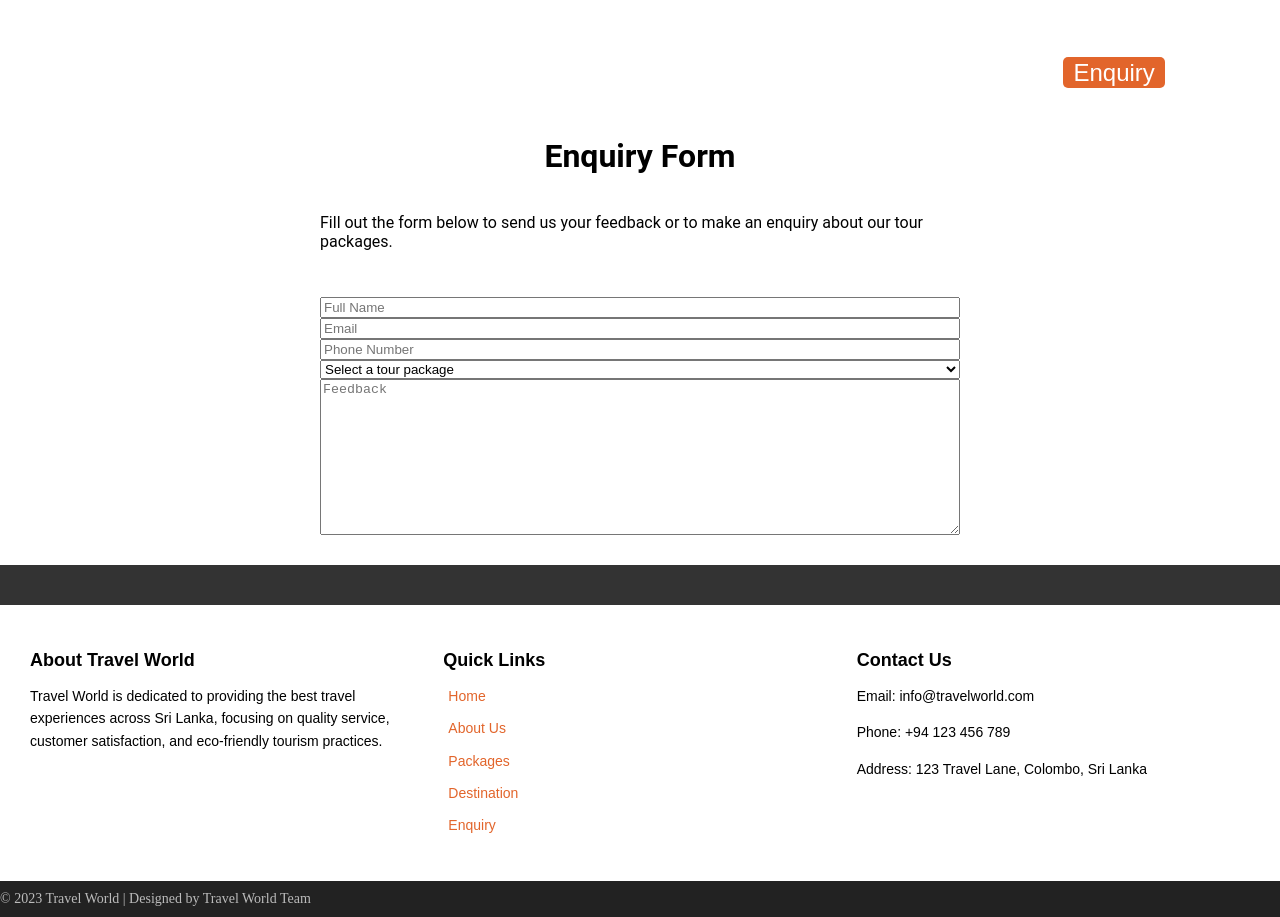
Repository: Haakim19/TavelWorld
Page: HTML/Enquiry.html
These files come from the project's save history. The page is drawn as it stood at one moment and after the next save; the edit follows.
The browser window is 1280 px wide. The pictures show the whole page.
Some web fonts or font styles are not loaded; a fallback is used.

Above is the page before, as saved 2024-11-03 18:15:16.

### HTML/Enquiry.html
<!DOCTYPE html>
<html lang="en">
    <head>
        <meta charset="UTF-8" />
		<meta name="viewport" content="width=device-width, initial-scale=1.0" />
		<title>Travel World</title>
        <link rel="icon" href="../Assets/icon/location.png" type="image/png">
        <link rel="stylesheet" href="../CSS/Navbar.CSS">
        <link rel="stylesheet" href="../CSS/Footer.css">
        <link rel="stylesheet" href="../CSS/enquiry.css">
        <link rel="preconnect" href="https://fonts.googleapis.com">
        <link rel="preconnect" href="https://fonts.gstatic.com" crossorigin>
        <link href="https://fonts.googleapis.com/css2?family=Irish+Grover&family=Jaldi:wght@400;700&family=Playwrite+GB+S:ital,wght@0,100..400;1,100..400&display=swap" rel="stylesheet">
</head>
<body>
        <div class="bg-img">
            <!-- Navigation Bar -->
            <nav class="navbar">
                <div class="logo">
                    <img src="../Assets/icon/location.png" alt="" />
                    Travel <span>World</span>
                </div>
                <div class="page">
                    <a href="Home.html">Home</a>
                    <a href="Aboutus.html">About us</a>
                    <a href="Packages.html">Packages</a>
                    <a href="Destination.html">Destination</a>
                    <a href="Enquiry.html" class="enquiry-btn">Enquiry</a>
                </div>
            </nav>
            <div class="enquiry">
                <h1>Enquiry Form</h1>
                <p>Fill out the form below to send us your feedback or to make an enquiry about our tour packages.</p>
            </div>
                <form action="">
                <input type="text" placeholder="Full Name" >
                <input type="email" placeholder="Email">
                <input type="tel" placeholder="Phone Number">

                    <select id="tour-packages">
                        <option value="" disabled selected id="placeholder">Select a tour package</option>
                        <option value="cultural_heritage">Cultural Heritage Tours - $550</option>
                        <option value="beach_escapes">Beach Escapes - $700</option>
                        <option value="wildlife_safari">Wildlife and Safari Adventures - $600</option>
                        <option value="hill_country">Hill Country Retreats - $400</option>
                        <option value="adventure">Adventure and Outdoor Activities - $350</option>
                        <option value="wellness">Wellness and Ayurveda Retreats - $800</option>
                        <option value="food_culinary">Food and Culinary Tours - $450</option>
                        <option value="luxury">Luxury Escapes - $1,200</option>
                    </select>
                <textarea name="msg" id="msg" cols="30" rows="10" placeholder="Feedback"></textarea>
            </form>


            <footer class="footer"></footer>
            <div class="footer-content">
                <div class="footer-section about">
                    <h2>About Travel World</h2>
                    <p>Travel World is dedicated to providing the best travel experiences across Sri Lanka, focusing on quality service, customer satisfaction, and eco-friendly tourism practices.</p>
                </div>
                <div class="footer-section links">
                    <h2>Quick Links</h2>
                    <ul>
                        <li><a href="Home.html">Home</a></li>
                        <li><a href="Aboutus.html">About Us</a></li>
                        <li><a href="Packages.html">Packages</a></li>
                        <li><a href="Destination.html">Destination</a></li>
                        <li><a href="Enquiry.html">Enquiry</a></li>
                    </ul>
                </div>
                <div class="footer-section contact">
                    <h2>Contact Us</h2>
                    <p>Email: info@travelworld.com</p>
                    <p>Phone: +94 123 456 789</p>
                    <p>Address: 123 Travel Lane, Colombo, Sri Lanka</p>
                </div>
            </div>
            <div class="footer-bottom">
                &copy; 2023 Travel World | Designed by Travel World Team
            </div>
        </footer>
</body>
</html>

### CSS/Navbar.CSS
body{
    margin: 0;
    padding: 0;
    /* background-color: #ffffff; */
}
/* Background image */
.bg-img img{
    width: 100%;
    height: 95vh;
    object-fit: cover;
    object-position: top;
    background-attachment: scroll;
}

.hero-img {
    /* filter: blur(2px); */
    position:absolute;
    top: 0;
    z-index: 1;
    background-color:black;;
}
/* Navigation bar */
nav{
    position: relative;
    display: flex;
    align-items: center;
    justify-content: space-between;
    z-index: 1000;
    padding-top: 30px;
}
.logo{
    margin-left: 5vh;
    font-family: "Irish Grover", system-ui;
    color: #ffffff;
    font-size: 3.5rem;
    display: flex;
    justify-content:center;
    align-items: center;
    padding: 5px 10px 5px 10px;
}
.logo img{
    width: 50px;
    height: 50px;
    color: #ffffff;
}

.page {
    margin-right : 16vh;

}

.page a{
    /* display: flex; */
    font-size: 1.5rem;
    color: #ffffff;
    font-family:"Jaldi", sans-serif;
    justify-content: space-evenly;
    align-items: center;
    padding: 2px 10px 2px 10px;
    text-decoration: none;
    transition: all 0.5s ease;
}
.page a:hover{
    color: #E2652B;
}
.page .enquiry-btn{
    background-color:#E2652B;
    color: white;
    border-radius: 5px;
    transition: all 0.5s ease;
}
.page .enquiry-btn:hover{
    color:#E2652B;
    background-color: rgb(255, 255, 255);
    border-radius: 5px;
}
section {
    position: relative;
    z-index: 1000;
    color: #ffffff;
    display: flex;
    flex-direction: column;
    justify-content: center;
    align-items: center;
    margin-top: 1vh;

}

.hero .hero-overlay h1 {
    /* margin-right: 10vh; */
    font-family: "Playwrite GB S", serif;
    font-weight: 700;
    font-style:oblique;
    font-size: 10rem;
    margin-bottom: -10px;
}

.hero .hero-overlay p {
    margin-left: 15vh;
    margin-top: auto;
    font-family: "Bebas Neue", sans-serif;
    font-weight: 500;
    font-style:normal;
    font-size: 3rem;
    margin-right: 10vh;
}

### CSS/Footer.css
.footer {
    background-color: #333;
    color: #fff;
    padding: 20px 0;
    text-align: center;
}

.footer-content {
    display: flex;
    justify-content: space-around;
    flex-wrap: wrap;
    padding: 20px;
}

.footer-section {
    flex: 1;
    margin: 10px;
    min-width: 200px;
}

.footer-section h2 {
    font-family: "Jaldi", sans-serif;
    font-size: 18px;
    margin-bottom: 10px;
}

.footer-section p, .footer-section ul, .footer-section li {
    font-family: "Jaldi", sans-serif;
    font-size: 14px;
    line-height: 1.6;
}

.footer-section ul {
    list-style: none;
    padding: 0;
}

.footer-section ul li {
    margin-bottom: 10px;
}

.footer-section ul li a {
    color:#E2652B;
    text-decoration: none;
    transition: all 0.5s ease;
    padding: 2px 5px 2px 5px;
    border-radius: 5px;

}

.footer-section ul li a:hover {
    /* text-decoration: underline; */
    background-color: #E2652B;
    color:#ffffff;
}

.footer-bottom {
    background-color: #222;
    color: #bbb;
    padding: 10px 0;
    font-size: 14px;
}

### CSS/enquiry.css
form{
    display: flex;
    flex-direction: column;
    width: 50%;
    height: auto;
    justify-content: center;
    align-items: left;
    margin: 30px;
    margin-left: 25%;
}
.enquiry {
    font-family: "Roboto", sans-serif;
    display: flex;
    flex-direction: column;
    justify-content: center;
    align-items: center;
    width: 50%;
    margin-left: 25%;
}

After the next save:
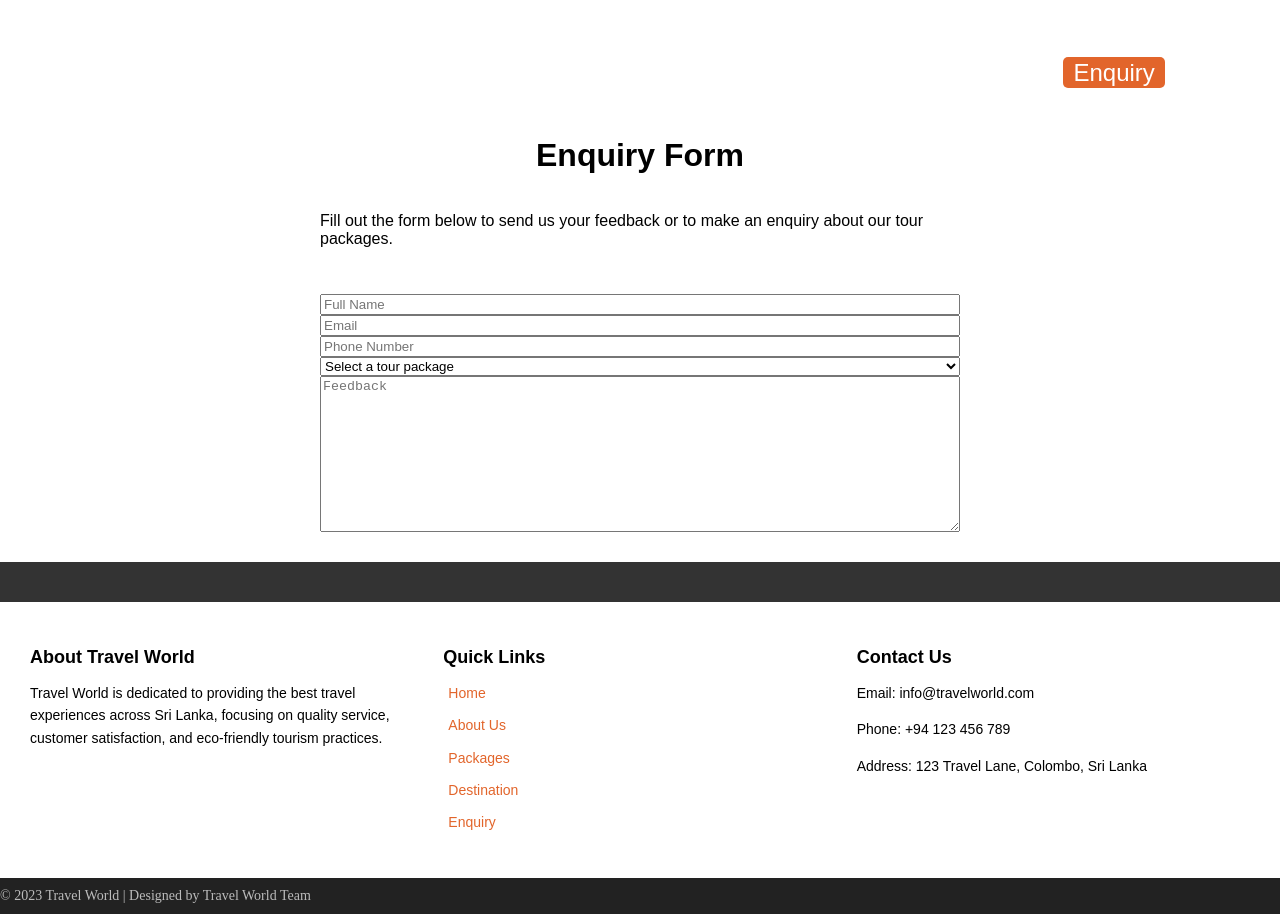
Saved 21 s later.
--- a/CSS/enquiry.css
+++ b/CSS/enquiry.css
@@ -9,7 +9,7 @@ form{
     margin-left: 25%;
 }
 .enquiry {
-    font-family: "Roboto", sans-serif;
+    font-family: "Jaldi", sans-serif;
     display: flex;
     flex-direction: column;
     justify-content: center;
